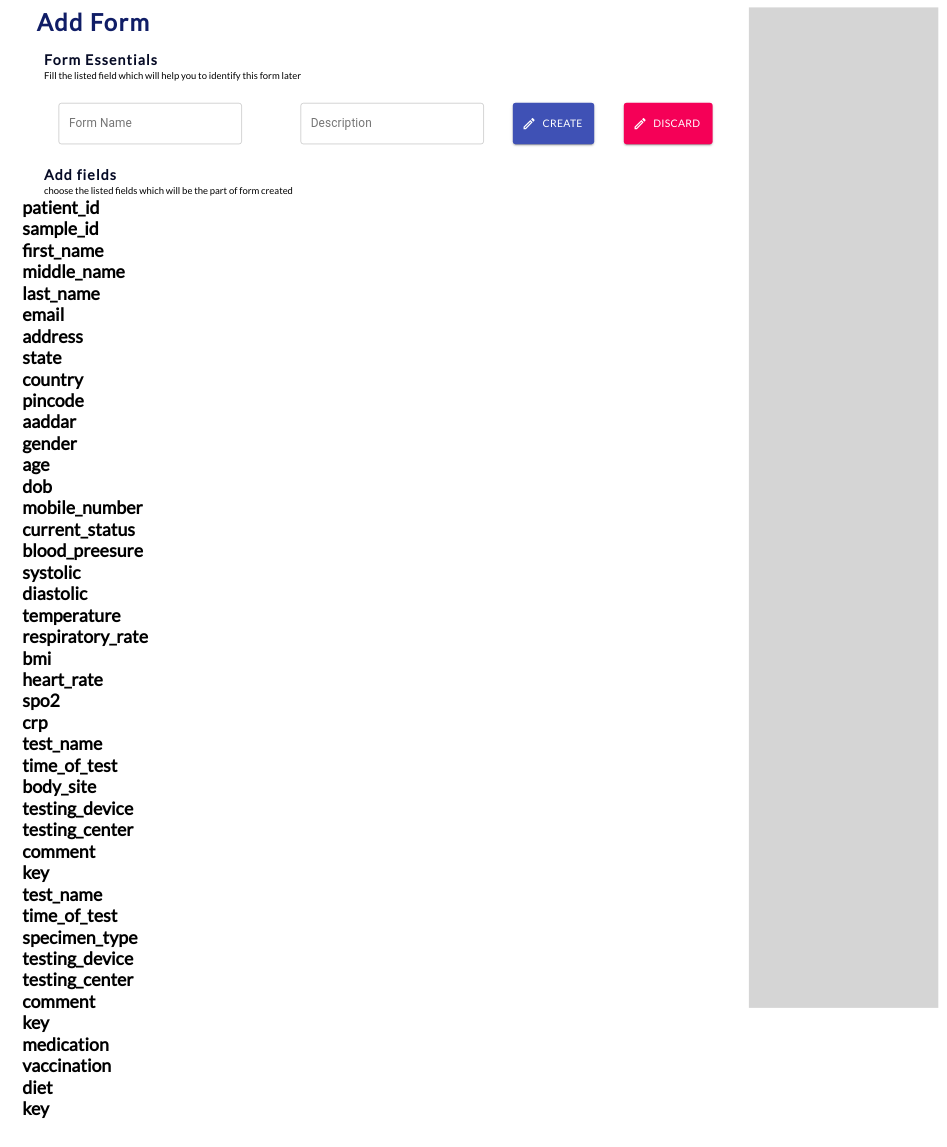
Repository: Architjain128/df
Page: /add
An editor plug-in stored every save of this project. The page is shown before and after the next save, followed by the edit.
The browser window is 1280 px wide. The pictures show the whole page, at 74% of full size.
The project was rebuilt for these pictures with package versions that can differ from the ones it lists, and the page was loaded fresh each time. Also part of the build but not shown: src/App.css, src/dftable.js, src/dataForm.js.

Above is the page before, as saved 2021-06-25 17:29:01.

After the next save:
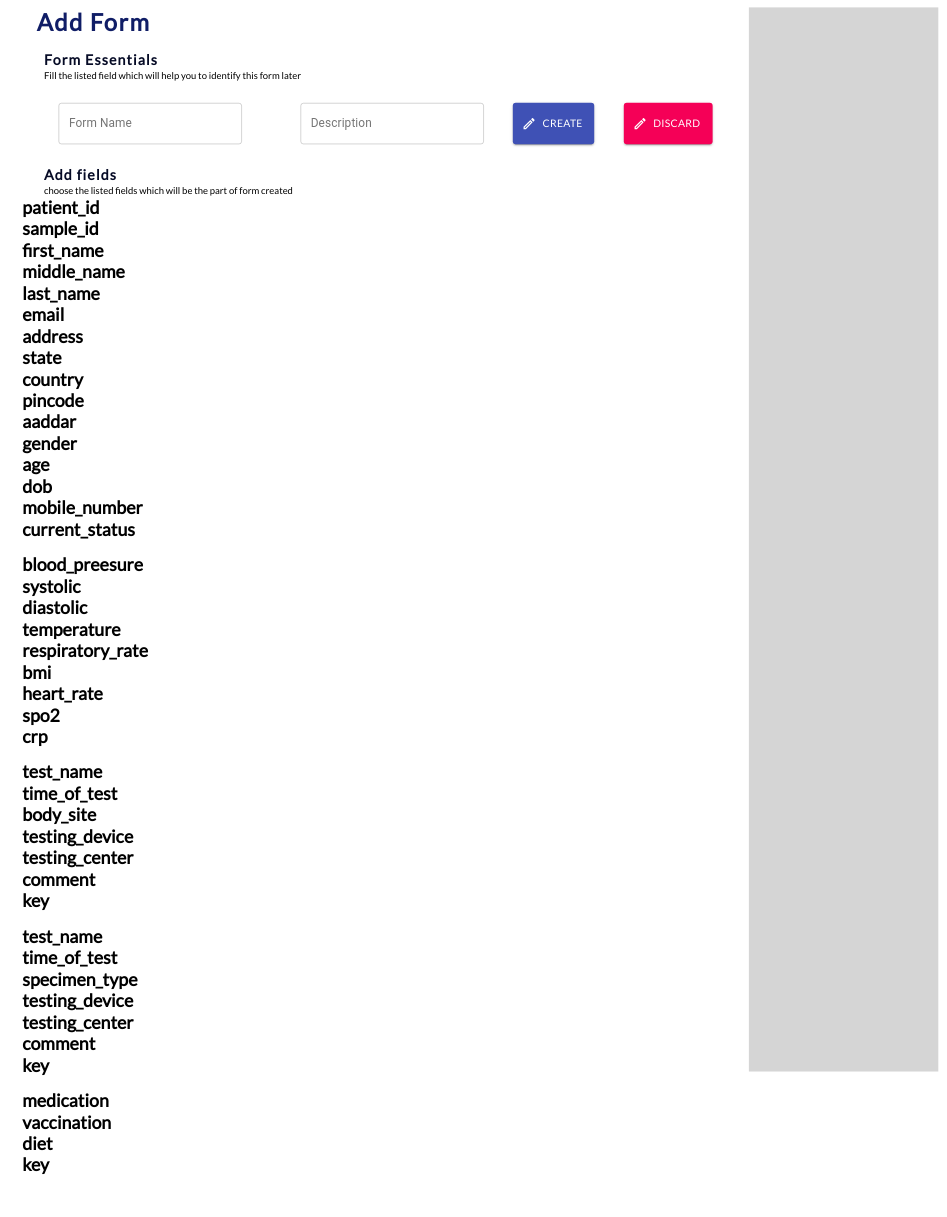
Saved 4 s later.
--- a/src/addDataForm.js
+++ b/src/addDataForm.js
@@ -34,7 +34,7 @@ class AddDataForm extends Component{
         for(let data in datas){
             console.log(datas[data]["parameters"])
             finalrow.push(this.listit(datas[data]["parameters"],0))
-            finalrow.push()
+            finalrow.push(<br/>)
         }
         this.setState({tree:finalrow})
     }
